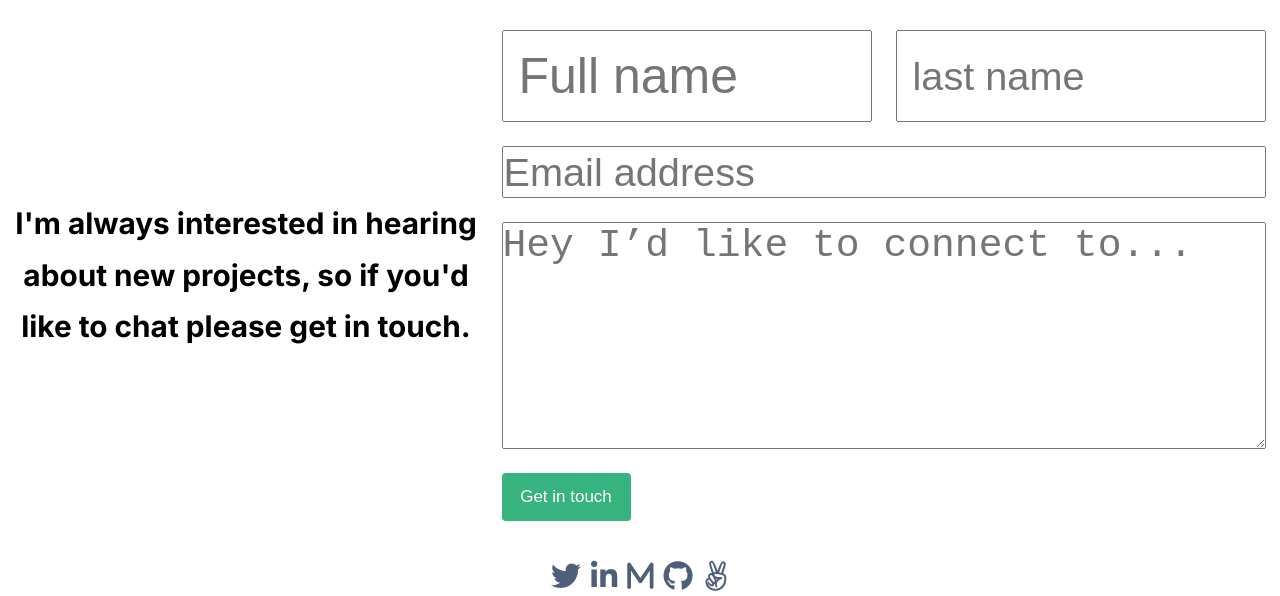
Repository: usman3123/portfolio-template-2
Page: index.html
The author's editor kept a copy of each file at every save. The page is drawn from the files as they stood at one save, then again after the next save.
The browser window is 1280 px wide. The pictures show the part of the page from y = 3210 to 3806 px (the page is 3806 px tall before and 3796 px after).
A picture or video elsewhere on the page could not be fetched, so the positions and the page height are approximate. Some web libraries are served in a nearby version.

Above is the page before, as saved 2025-01-21 10:05:57.

After the next save:
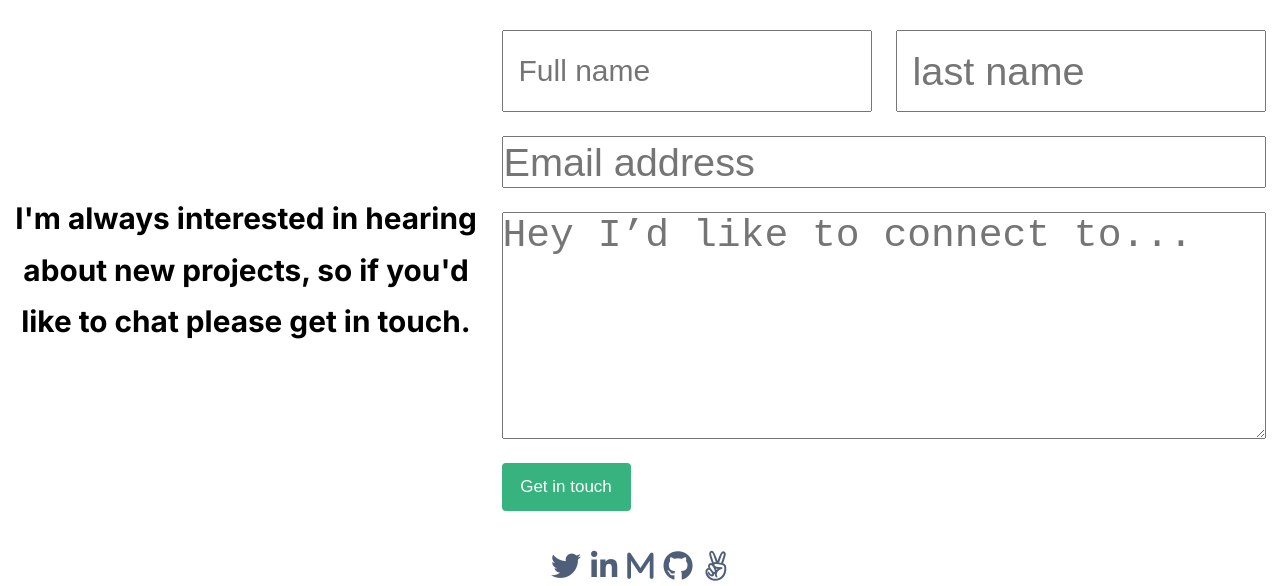
Saved 6 s later.
--- a/style.css
+++ b/style.css
@@ -306,7 +306,7 @@ h2::before {
     line-height: 48px;
     width: 50%;
     padding: 15px;
-    font-size: 50px;
+    font-size: 30px;
 }
 .input-last {
     line-height: 48px;
